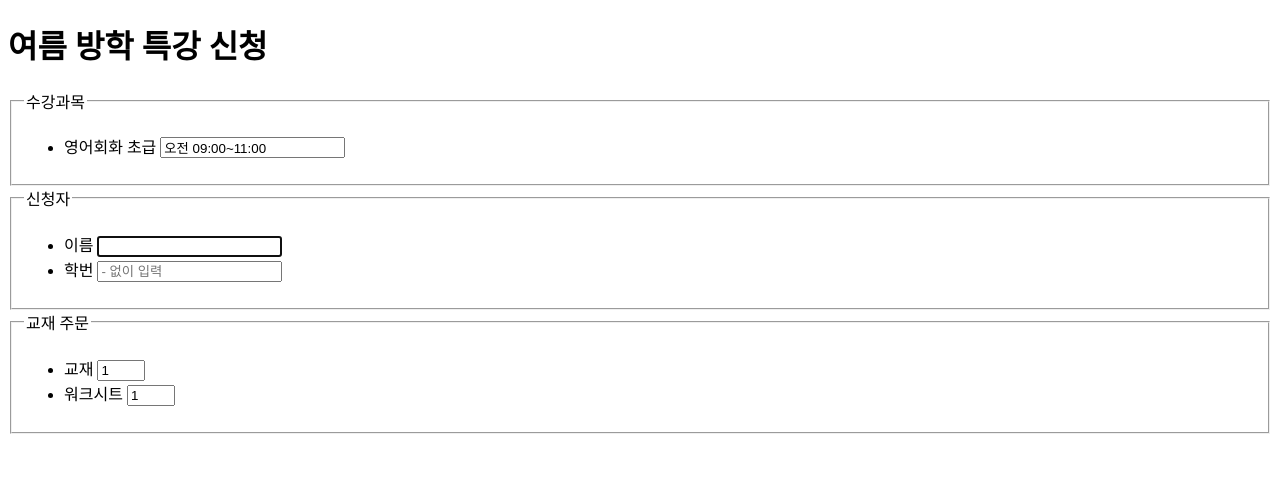
Repository: ygs3004/StudyHTML_CSS
Page: web project 01/src/main/webapp/chapter05/exam05_13.html
The author's editor kept a copy of each file at every save. The page is drawn from the files as they stood at one save, then again after the next save.
The browser window is 1280 px wide. The pictures show the whole page.

Above is the page before, as saved 2022-08-05 07:18:00.

After the next save:
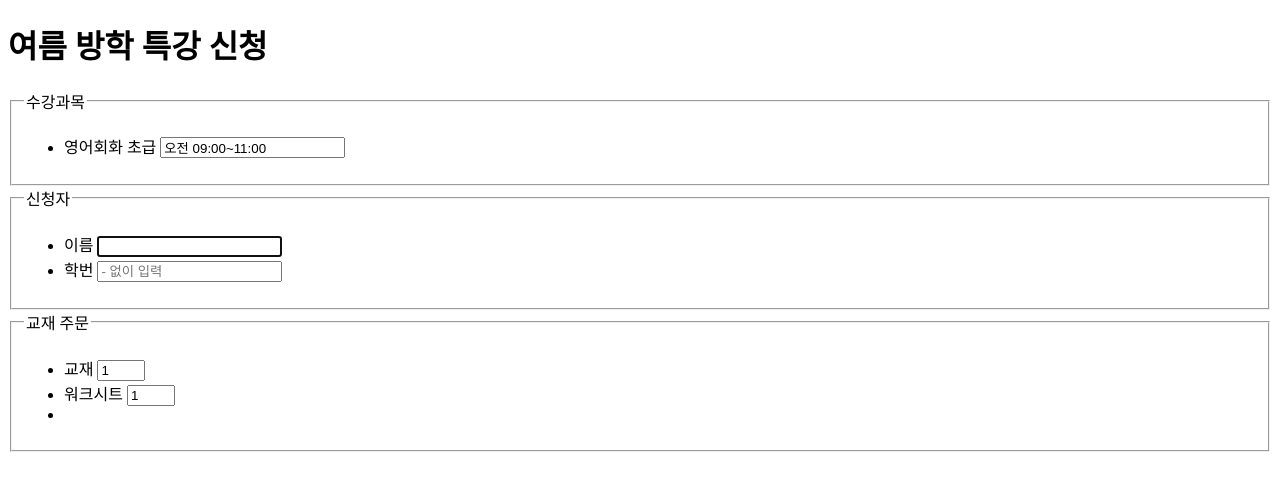
Saved 8 s later.
--- a/web project 01/src/main/webapp/chapter05/exam05_13.html
+++ b/web project 01/src/main/webapp/chapter05/exam05_13.html
@@ -38,6 +38,8 @@
 					<label class="reg" for="wsheet">워크시트</label>
 					<input type="number" id="wsheet" value="1" min="1" max="3">
 				</li>
+				<li>
+				</li>
 			</ul>
 		</fieldset>
 	</form>
